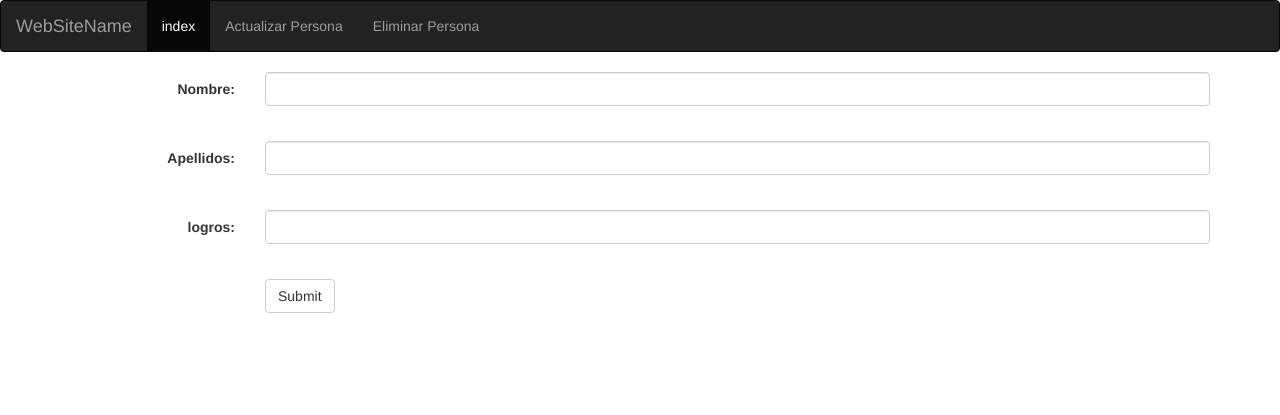
Repository: UAQJavaEveris/ProyectoFinalJuanCarlos
Page: http://localhost/WebCliente/
These files come from the project's save history. The page is drawn as it stood at one moment and after the next save; the edit follows.
The browser window is 1280 px wide. The pictures show the whole page.
Some web libraries are served in a nearby version. The page is served by Tomcat 9. Other server files are loaded and not shown.

Above is the page before, as saved 2016-12-10 04:08:21.

### WebCliente/WebContent/index.jsp
<%@ page language="java" contentType="text/html; charset=ISO-8859-1"
    pageEncoding="ISO-8859-1"%>
<!DOCTYPE html PUBLIC "-//W3C//DTD HTML 4.01 Transitional//EN" "http://www.w3.org/TR/html4/loose.dtd">
<html>
<head>
<meta http-equiv="Content-Type" content="text/html; charset=ISO-8859-1">
<title>Pagina Principal</title>
<meta charset="utf-8">
  <meta name="viewport" content="width=device-width, initial-scale=1">
  <link rel="stylesheet" href="https://maxcdn.bootstrapcdn.com/bootstrap/3.3.7/css/bootstrap.min.css">
  <script src="https://ajax.googleapis.com/ajax/libs/jquery/3.1.1/jquery.min.js"></script>
  <script src="https://maxcdn.bootstrapcdn.com/bootstrap/3.3.7/js/bootstrap.min.js"></script>
</head>
<body>
<nav class="navbar navbar-inverse">
  <div class="container-fluid">
    <div class="navbar-header">
      <a class="navbar-brand" href="#">WebSiteName</a>
    </div>
    <ul class="nav navbar-nav">
      <li class="active"><a href="index.jsp">index</a></li>
      <li><a href="actualizar.jsp">Actualizar Persona</a></li>
      <li><a href="eliminar.jsp">Eliminar Persona</a></li>
    </ul>
  </div>
</nav>
<div class="container">
<form  class="form-horizontal" action="Controller" method="Post">
<div class="form-group">
     <label class="control-label col-sm-2" for="nombre">Nombre:</label>
    <div class="col-sm-10">
    <input  class="form-control" type="txt" name="nombre"><br>
    </div>
  </div>
  <div class="form-group">
  <label  class="control-label col-sm-2" for="apellidos">Apellidos:</label>
  <div class="col-sm-10">
  <input class="form-control"  type="txt" name="apellidos"><br>
  </div>
  </div>
 <div class="form-group">
 <label class="control-label col-sm-2" for="logros">logros:</label>
 <div class="col-sm-10">
<input class="form-control"  type="txt" name="logros"><br>
</div>
</div>
<div class="form-group">
      <div class="col-sm-offset-2 col-sm-10">
        <button type="submit" class="btn btn-default">Submit</button>
      </div>
    </div>
</form>
</div>
<%
String nombre_variable = (String)session.getAttribute("exito");
%>
</body>
</html>

After the next save:
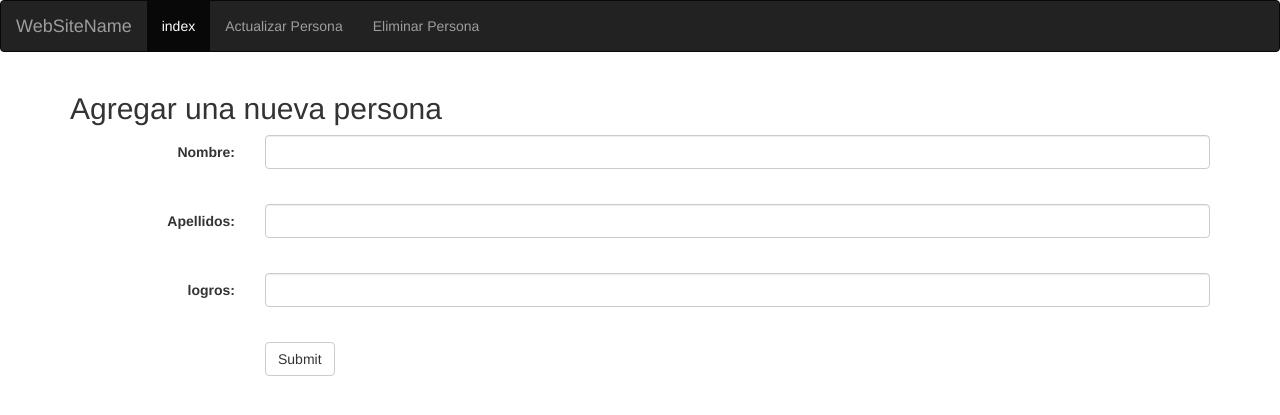
Saved 2 min 3 s later.
--- a/WebCliente/WebContent/index.jsp
+++ b/WebCliente/WebContent/index.jsp
@@ -25,6 +25,7 @@
   </div>
 </nav>
 <div class="container">
+<h2>Agregar una nueva persona </h2>
 <form  class="form-horizontal" action="Controller" method="Post">
 <div class="form-group">
      <label class="control-label col-sm-2" for="nombre">Nombre:</label>
